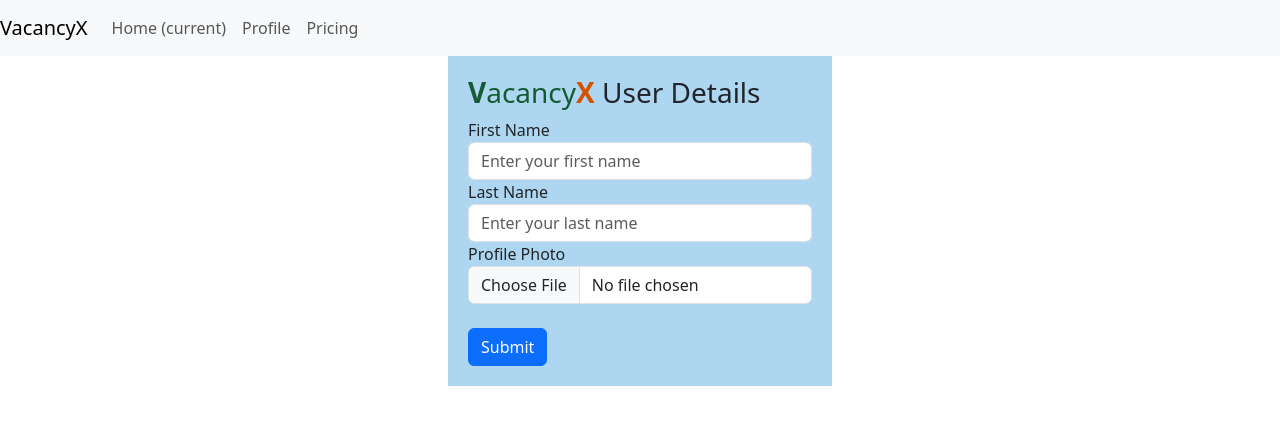
Repository: zipArk99/Vacancy-portal-serv
Page: http://localhost/VacancyPortal/userdetail_form.jsp
The author's editor kept a copy of each file at every save. The page is drawn from the files as they stood at one save, then again after the next save.
The browser window is 1280 px wide. The pictures show the whole page.
The page is served by Tomcat 9.

Above is the page before, as saved 2024-08-20 09:30:53.

After the next save:
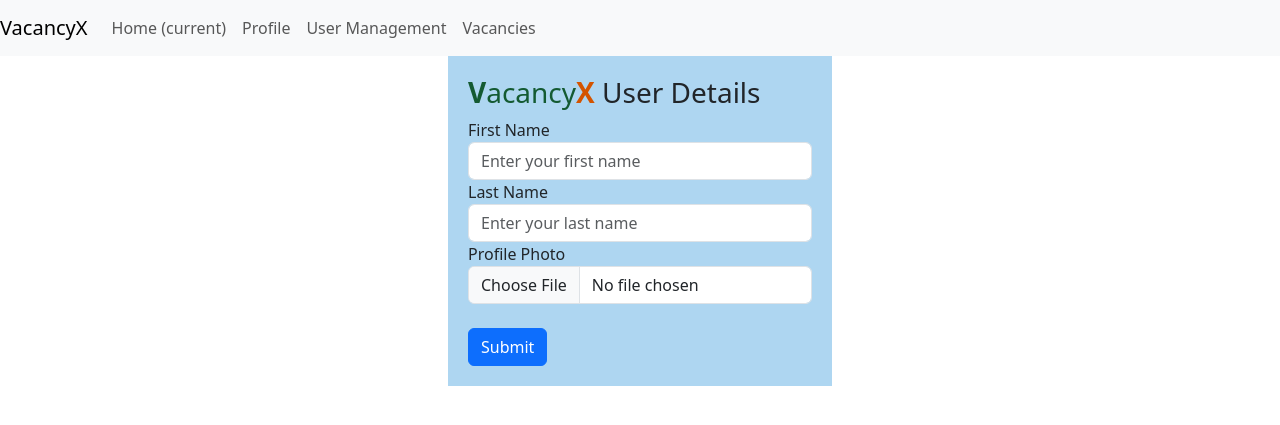
Saved 31 s later.
--- a/VacancyPortal/src/main/webapp/header.jsp
+++ b/VacancyPortal/src/main/webapp/header.jsp
@@ -24,7 +24,11 @@
         <a class="nav-link" href="#">Profile</a>
       </li>
       <li class="nav-item">
-        <a class="nav-link" href="#">Pricing</a>
+        <a class="nav-link" href="#">User Management</a>
+      </li>
+
+        <li class="nav-item">
+        <a class="nav-link" href="#">Vacancies</a>
       </li>
     </ul>
 
